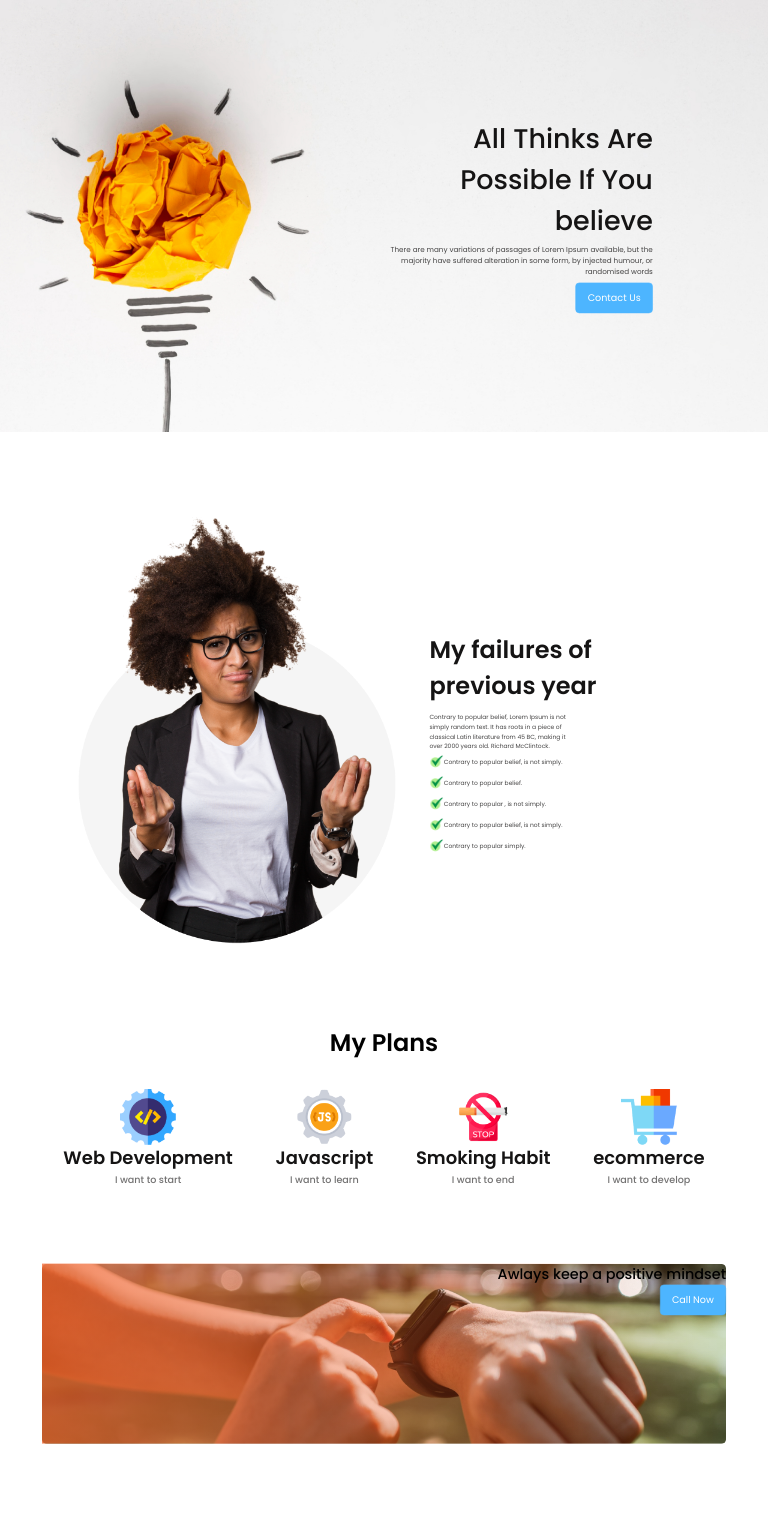
Repository: mdrubel02/new-year-new-mission
Page: index.html
These files come from the project's save history. The page is drawn as it stood at one moment and after the next save; the edit follows.
The browser window is 1280 px wide. The pictures show the whole page, at 60% of full size.

Above is the page before, as saved 2023-01-07 00:08:35.

### index.html
<!DOCTYPE html>
<html lang="en">

<head>
    <meta charset="UTF-8">
    <meta http-equiv="X-UA-Compatible" content="IE=edge">
    <meta name="viewport" content="width=device-width, initial-scale=1.0">
    <title>new-year-new-mission</title>
    <!-------- css link ---------->
    <link rel="stylesheet" href="/index.css">
</head>

<body>
    <header>
        <!--------- banner section --------->
        <section class="banner_section ">
            <div class="banner">
                <h1>All Thinks Are Possible If You believe</h1>
                <p>There are many variations of passages of Lorem Ipsum available, but the majority have suffered
                    alteration in some form, by injected humour, or randomised words</p>
                <a href="" class="btn btn-primary">Contact Us</a>
            </div>
        </section>
    </header>
    <!------------------ experience section---------------- -->
    <section class="container">
        <div class="experience_section">
            <div class="experience_left">
                <img src="./images/person.png" alt="">
            </div>
            <div class="experience_right">
                <h1>My failures of previous year</h1>
                <p>Contrary to popular belief, Lorem Ipsum is not simply random text. It has roots in a piece of
                    classical Latin literature from 45 BC, making it over 2000 years old. Richard McClintock.</p>
                <ul>
                    <li class="experience-item"><span><img src="/images/check-mark.png" alt=""></span>
                        <p>Contrary to popular belief, is not simply.</p>
                    </li>
                    <li class="experience-item"><span><img src="/images/check-mark.png" alt=""></span>
                        <p>Contrary to popular belief.</p>
                    </li>
                    <li class="experience-item"><span><img src="/images/check-mark.png" alt=""></span>
                        <p>Contrary to popular , is not simply.</p>
                    </li>
                    <li class="experience-item"><span><img src="/images/check-mark.png" alt=""></span>
                        <p>Contrary to popular belief, is not simply.</p>
                    </li>
                    <li class="experience-item"><span><img src="/images/check-mark.png" alt=""></span>
                        <p>Contrary to popular simply.</p>
                    </li>
                </ul>
            </div>
        </div>

    </section>
    <!---------------- my plans section-------------->
    <section class="container">
        <h1 class="title">My Plans</h1>
        <div class="my_plans_section">
            <div class="my_plans_items">
                <img src="/images/icons/web.png" alt="">
                <h2>Web Development</h2>
                <p>I want to start</p>
            </div>
            <div class="my_plans_items">
                <img src="/images/icons/js.png" alt="">
                <h2>Javascript</h2>
                <p>I want to learn</p>
            </div>
            <div class="my_plans_items">
                <img src="/images/icons/smoke.png" alt="">
                <h2>Smoking Habit</h2>
                <p>I want to end</p>
            </div>
            <div class="my_plans_items">
                <img src="/images/icons/ecom.png" alt="">
                <h2>ecommerce</h2>
                <p>I want to develop</p>
            </div>
        </div>

    </section>
    <!------------- activity section --------------->
    <section class="container">
        <div class="activity_section">
                <h1>Awlays keep a positive mindset</h1>
                <a href="" class="btn btn-primary">Call Now</a>
        </div>
    </section>
</body>

</html>

### index.css
/* =====GOOGLE FONTS====== */
@import url('https://fonts.googleapis.com/css2?family=Poppins:wght@300;400;500;600&display=swap');

/* =====COMMON STYLES====== */
* {
    margin: 0;
    padding: 0;
    border: 0;
    outline: 0;
    list-style: none;
    text-decoration: none;
}

body {
    font-family: 'Poppins', sans-serif;
}

h1,
h2,
h3,
h4,
h5,
h6 {
    font-weight: 500;
}

.container {
    max-width: 1200px;
    margin: 0 auto;
    margin-top: 10%;
    margin-bottom: 10%;
    padding: 0 30px;
    box-sizing: border-box;
}

a {
    color: #fff;
    transition: all 400ms ease;
}

a:hover {
    color: #fff;
}

.btn {
    text-align: center;
    width: max-content;
    display: inline-block;
    color: #fff;
    padding: 0.75rem 1.2rem;
    border-radius: 0.4rem;
    border: 1px solid #4db5ff;
    transition: all 400ms ease;
}

.btn:hover {
    background: #fff;
    color: #4db5ff;
    border: 1px solid #4db5ff;
}

.btn-primary {
    background: #4db5ff;
    color: #fff;
}

/* ========= Banner section ============== */
.banner_section {
    background-image: url(/images/banner/banner1.png);
    background-repeat: no-repeat;
    background-size: cover;
    background-position: center center;
    height: 100vh;
    width: 100%;
    position: relative;
    z-index: 1;
    display: flex;
    flex-direction: column;
    justify-content: center;
    align-items: flex-end;
    text-align: center;
}

.banner {
    width: 35%;
    margin-top: -0%;
    position: absolute;
    right: 15%;
    display: flex;
    flex-direction: column;
    justify-content: end;
    align-items: flex-end;
}

.banner h1 {
    font-size: 45px;
    color: #151414;
    text-align: end;
}

.banner p {
    color: #444343;
    font-size: 12px;
    text-align: end;
    padding-top: 5px;
    padding-bottom: 10px;
}


/* =========== experience section ================== */
.experience_section {
    display: flex;
    justify-content: space-evenly;
    align-items: center;
}

.experience_right {
    width: 40%;
    margin-top: 5%;
}

.experience_right h1 {
    font-weight: 700;
    font-size: 40px;
    padding-bottom: 10px;
    color: #151414;
}

.experience_right p {
    width: 50%;
    font-size: 10px;
    color: #444343;
    padding-top: 5px;
    padding-bottom: 5px;
}

.experience-item {
    display: flex;
    padding-bottom: 4px;
}

.experience-item span img {
    height: 24px;
    width: 24px;
}

/* ================= my plans section================ */
.title {
    text-align: center;
    font-size: 40px;
    font-weight: 700;
    margin-bottom: 3rem;
}

.my_plans_section {
    display: flex;
    justify-content: space-around;
    align-items: center;
}

.my_plans_items {
    display: flex;
    flex-direction: column;
    justify-content: center;
    align-items: center;
}

.my_plans_items h2 {
    font-size: 30px;
    font-weight: 700;
    color: #151414;
}

.my_plans_items p {
    font-weight: 500;
    font-size: 16px;
    color: #737272;
}

/* ============= activity section========= */
.activity_section {
    background-image: url(/images/watch.png);
    background-repeat: no-repeat;
    background-size: cover;
    background-position: center center;
    height: 300px;
    width: 100%;
    position: relative;
    z-index: 1;
    display: flex;
    flex-direction: column;
    justify-content: flex-start;
    align-items: flex-end;
    text-align: start;
}
.activity_section::after{
    content: "";
    position: absolute;
    top: 0;
    left: 0;
    width: 100%;
    height: 100%;
    opacity: .7;
    z-index: -5;
    background: linear-gradient(90deg, #F15B22 0%, rgba(241, 91, 34, 0) 100%);
}

After the next save:
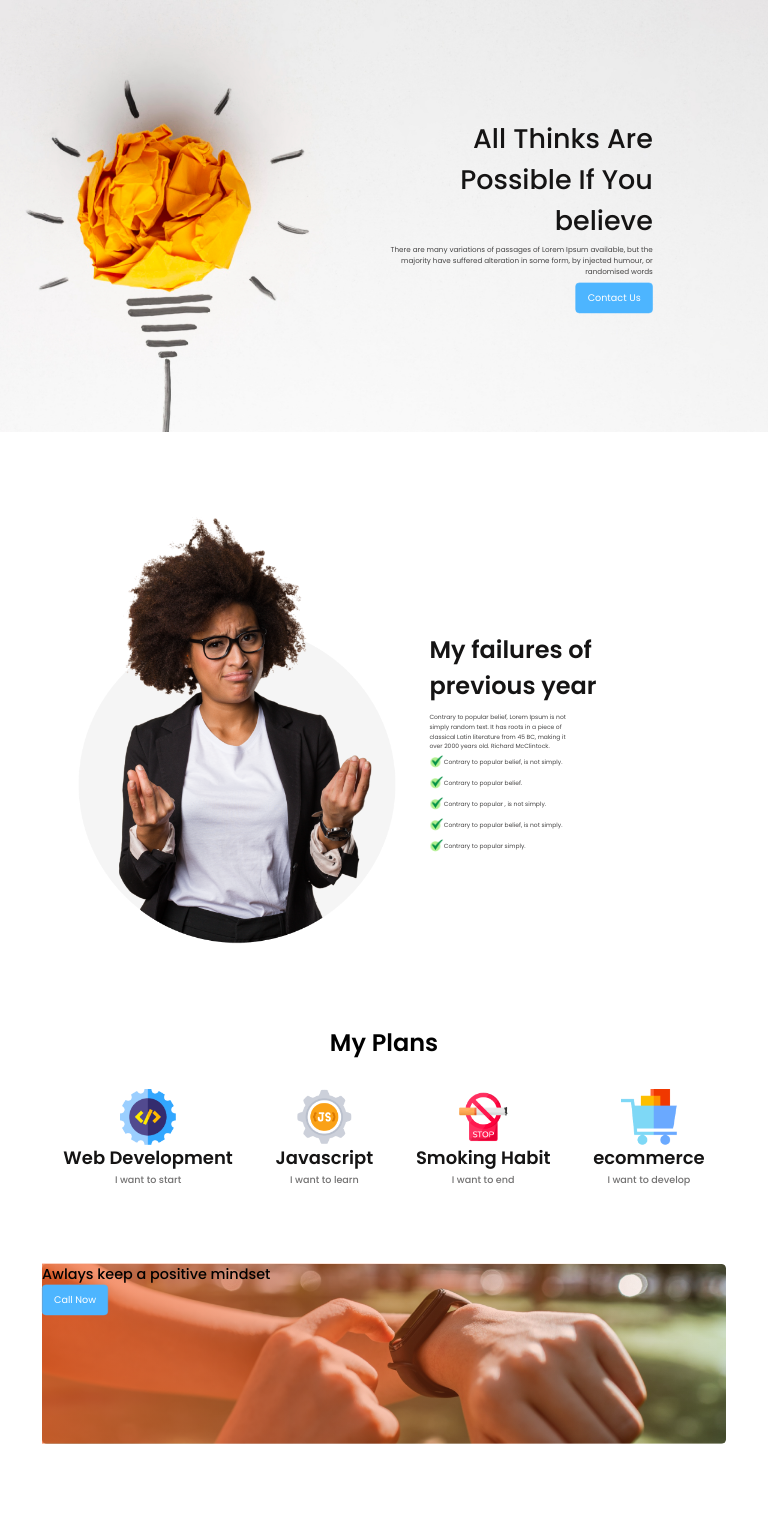
Saved 31 s later.
--- a/index.css
+++ b/index.css
@@ -190,7 +190,7 @@ a:hover {
     display: flex;
     flex-direction: column;
     justify-content: flex-start;
-    align-items: flex-end;
+    align-items: flex-start;
     text-align: start;
 }
 .activity_section::after{
